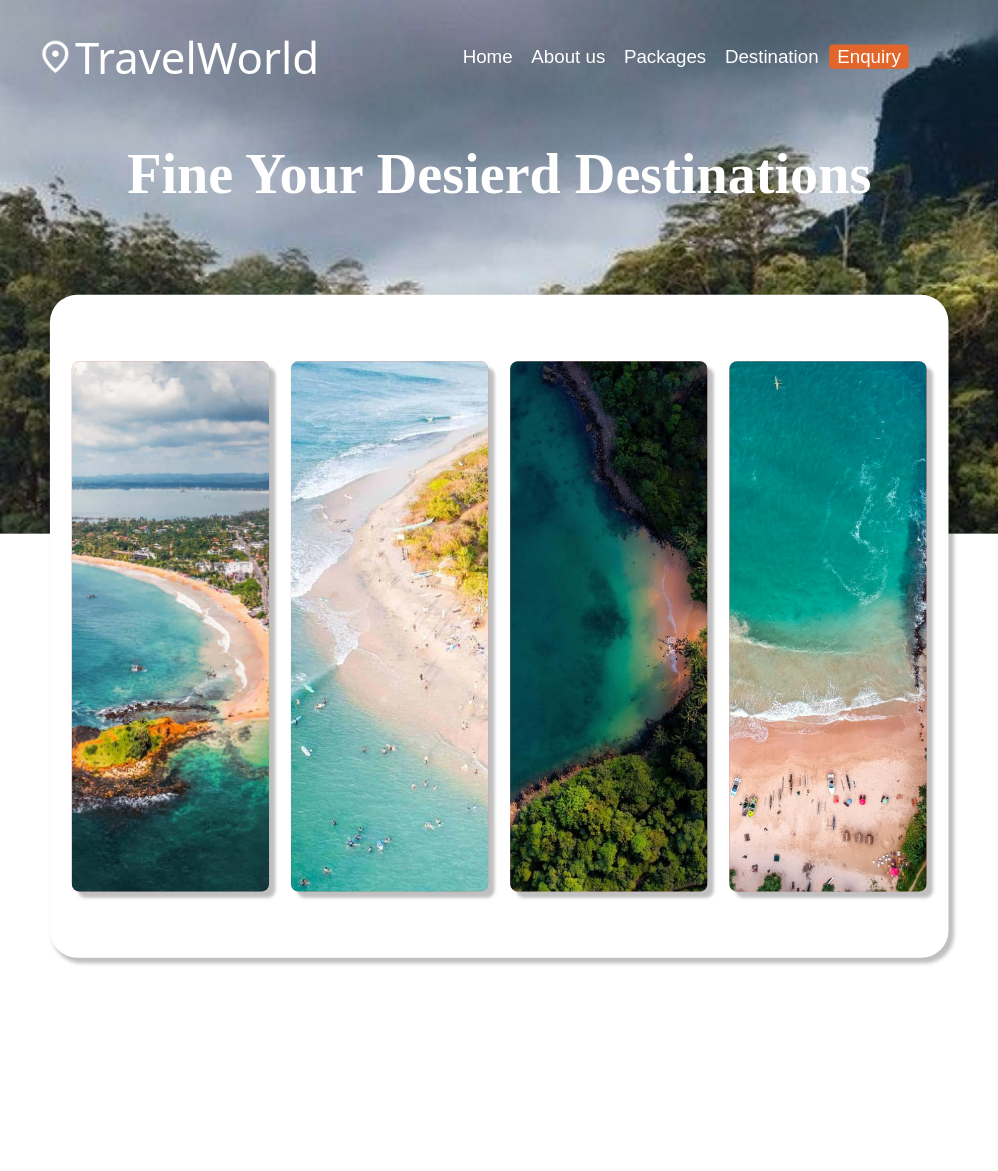
Repository: Haakim19/TavelWorld
Page: HTML/Destination.html
An editor plug-in stored every save of this project. The page is shown before and after the next save, followed by the edit.
The browser window is 1280 px wide. The pictures show the whole page, at 78% of full size.
Some web fonts or font styles are not loaded; a fallback is used.

Above is the page before, as saved 2024-11-02 18:10:14.

After the next save:
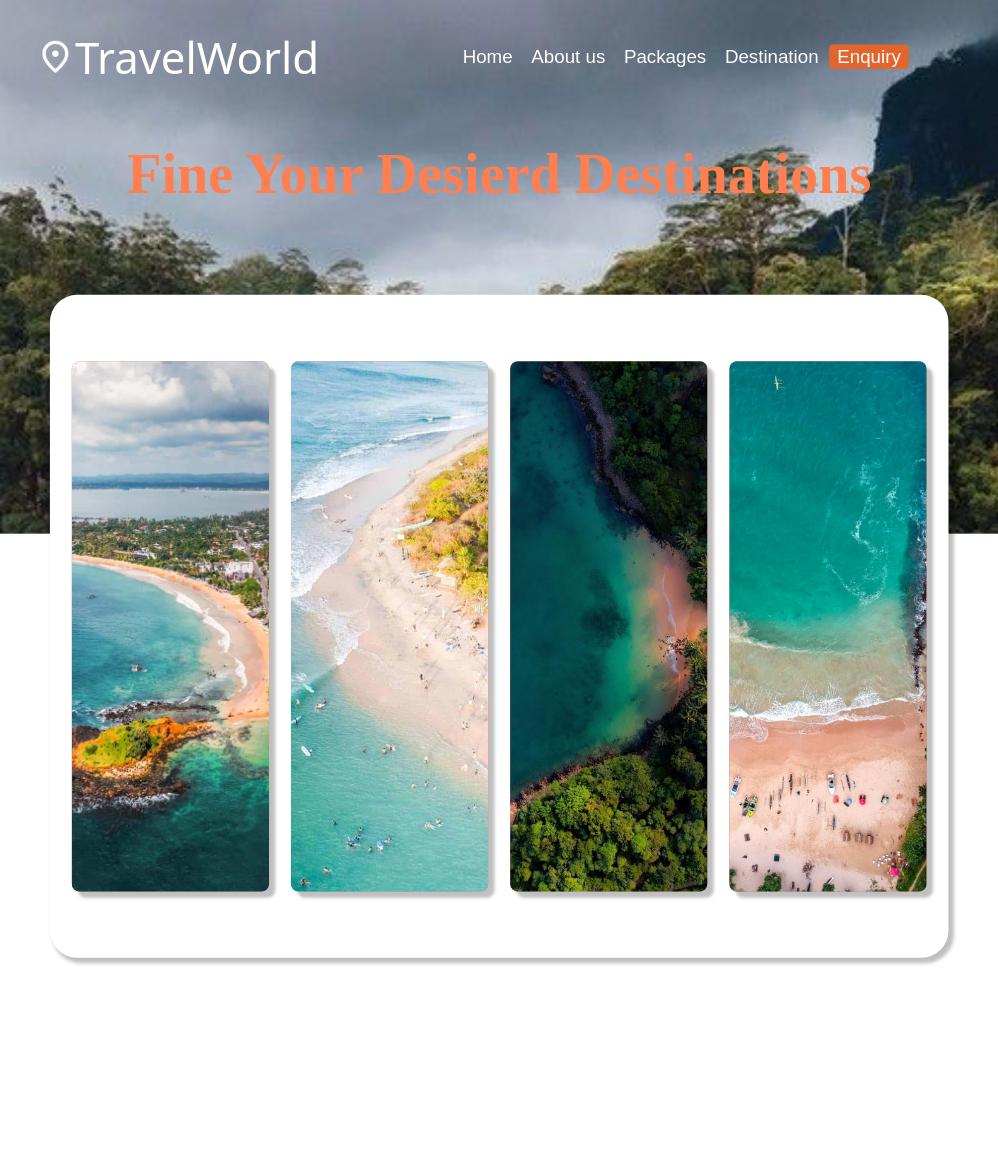
Saved 32 s later.
--- a/CSS/Destination.css
+++ b/CSS/Destination.css
@@ -1,6 +1,7 @@
 section .hero-overlay{
     font-family: "Itim", cursive;
     font-size: 3rem;
+    color:coral;
 }
 .container{
 
